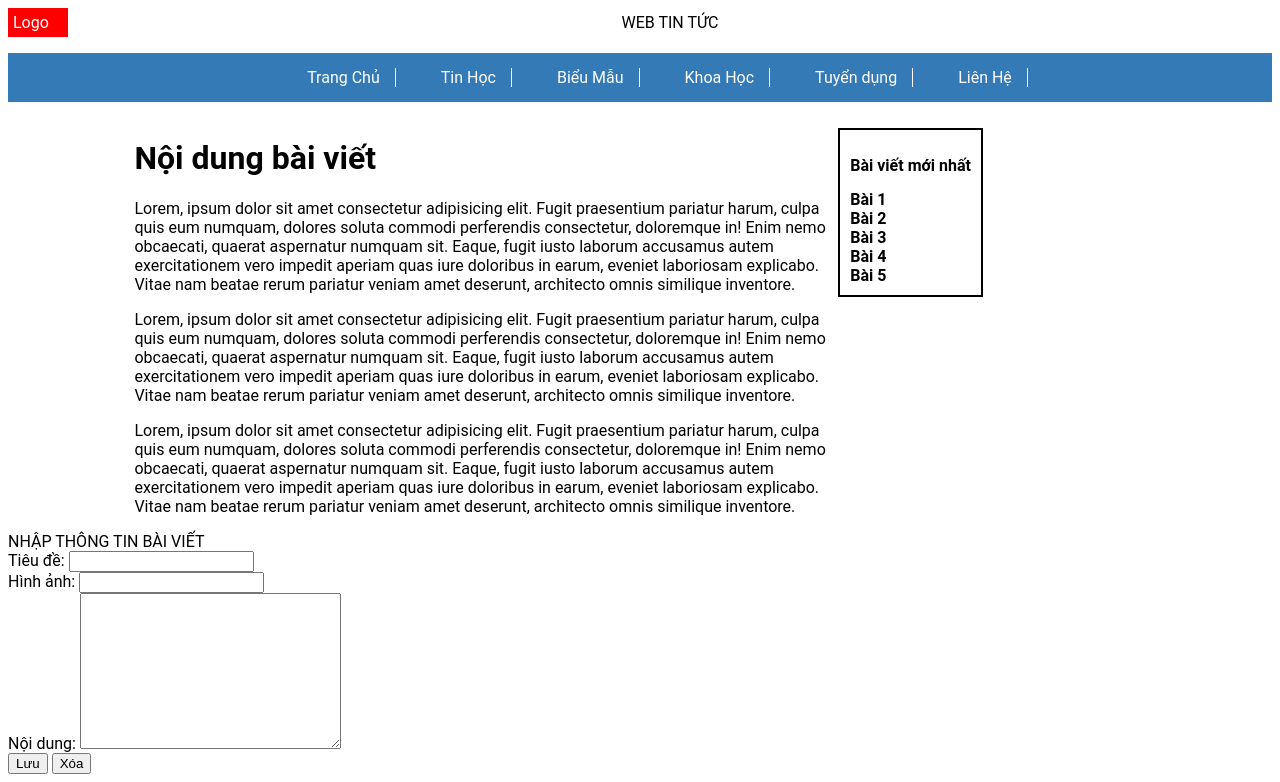
Repository: AnhDuc0125/HTML-Aptech
Page: bt2217/index.html
The author's editor kept a copy of each file at every save. The page is drawn from the files as they stood at one save, then again after a run of saves.
The browser window is 1280 px wide. The pictures show the whole page.

Above is the page before, as saved 2021-12-25 12:57:29.

After the next 2 saves:
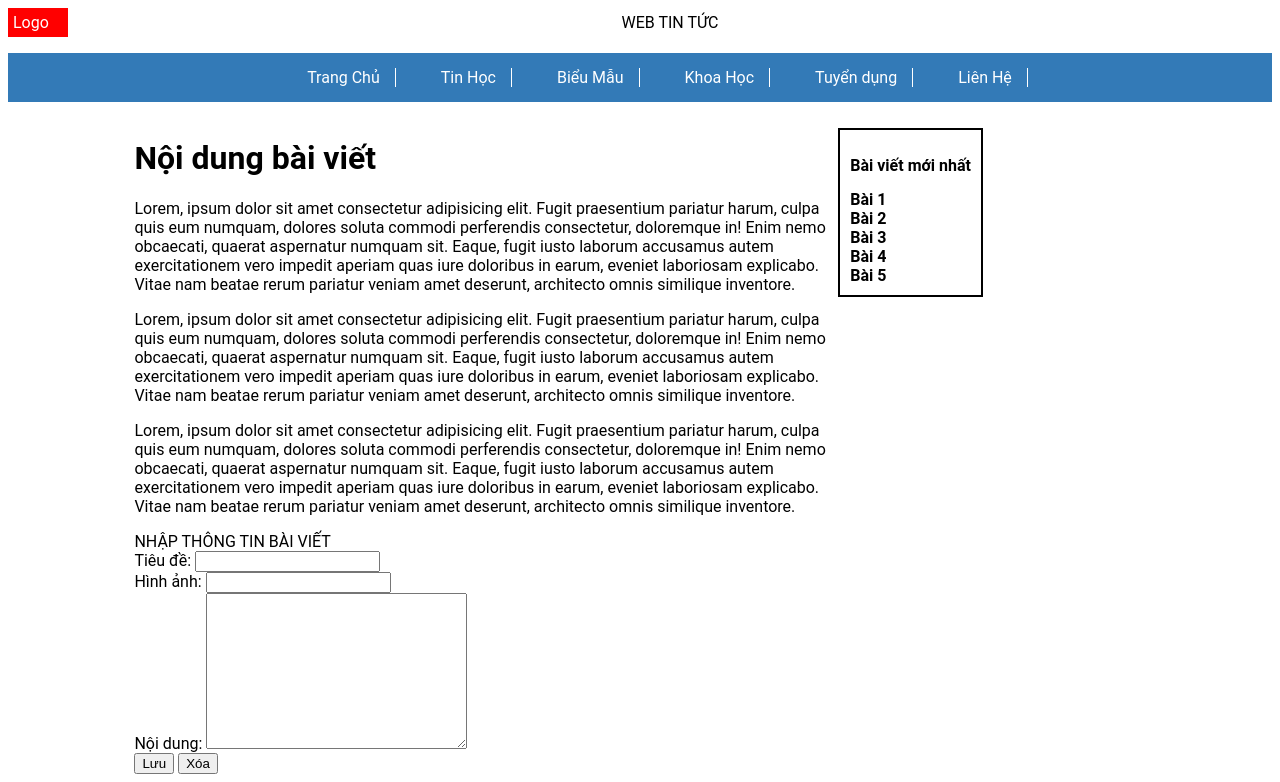
The 2 saves are shown as one change because they came seconds apart.
The last was saved 28 s later.
--- a/bt2217/style.css
+++ b/bt2217/style.css
@@ -59,3 +59,8 @@ main {
 .title_new_post {
     margin-bottom: 15px;
 }
+
+footer {
+    width: 80%;
+    margin: 0 auto;
+}
